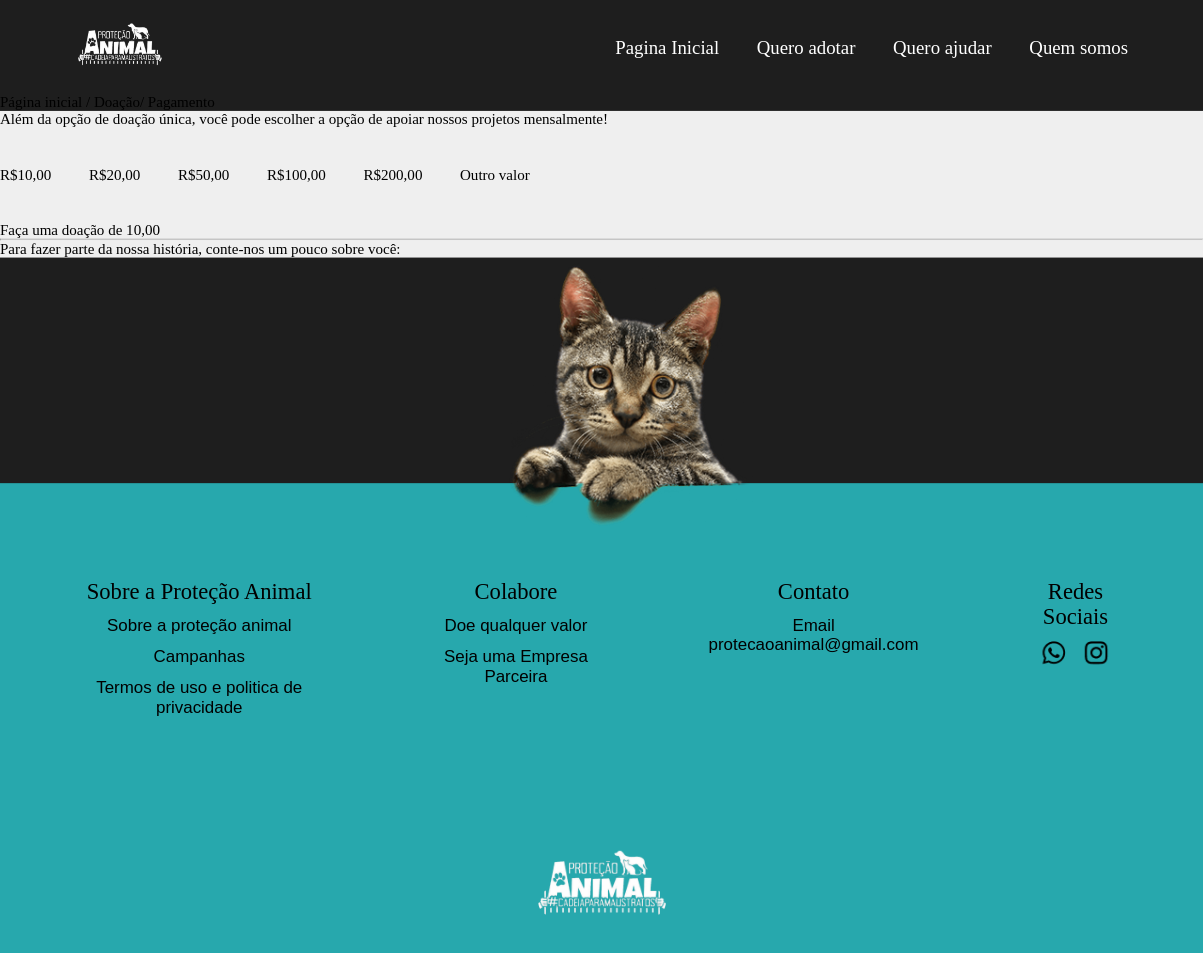
Repository: edjunior-nascimento/protecao-animal-web
Page: src/pages/formulario-doacao/index.html
The author's editor kept a copy of each file at every save. The page is drawn from the files as they stood at one save, then again after the next save.
The browser window is 1280 px wide. The pictures show the whole page, at 94% of full size.

Above is the page before, as saved 2025-02-22 03:20:56.

After the next save:
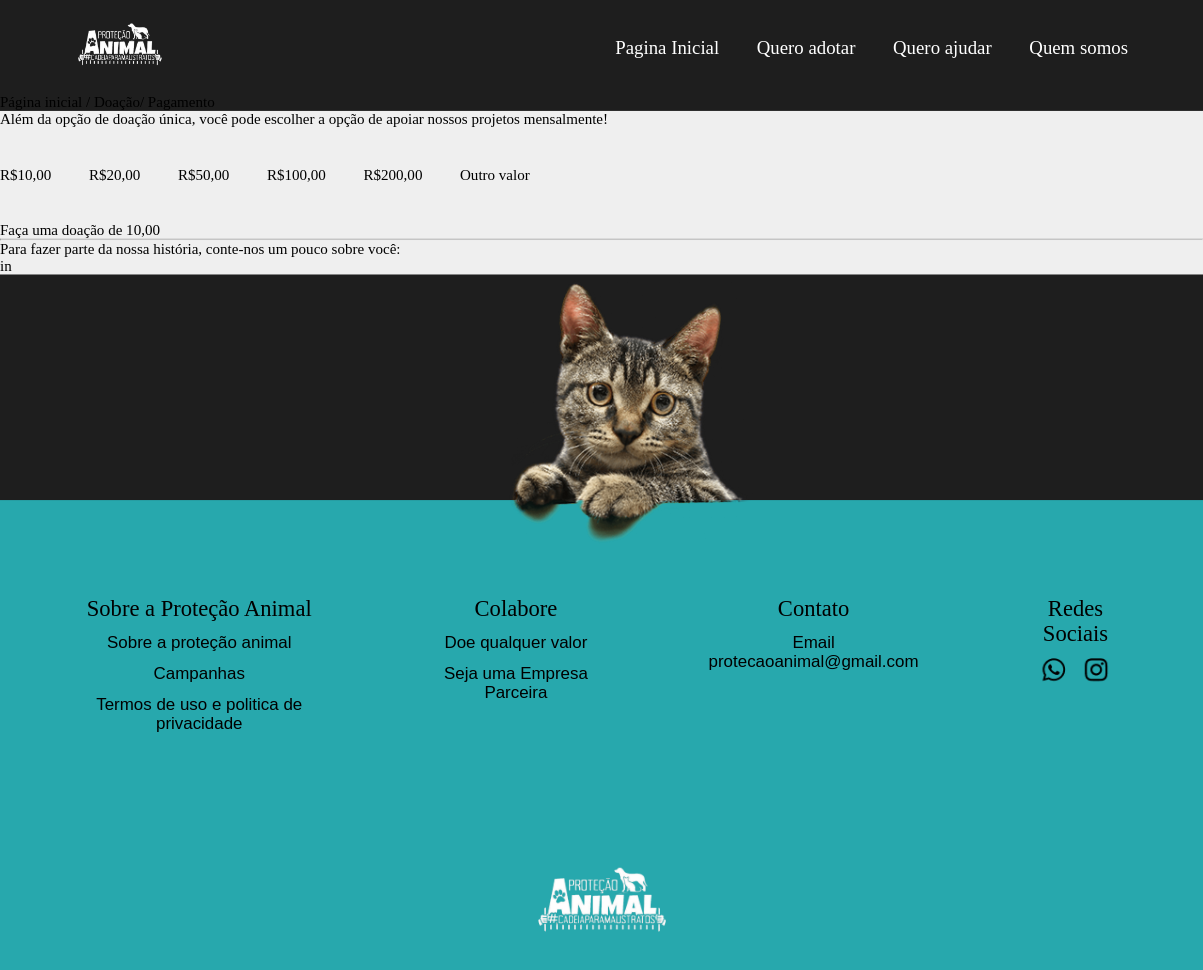
Saved 32 s later.
--- a/src/pages/formulario-doacao/index.html
+++ b/src/pages/formulario-doacao/index.html
@@ -73,7 +73,9 @@
                     <p>Para fazer parte da nossa história, conte-nos um pouco sobre você:</p>
                 </div>
                 <div class="dados">
-                    <form action="/send" method="post" target="_blank" ></form>
+                    <form action="/send" method="post" target="_blank" >
+                        in
+                    </form>
                 </div>
             </div>
     </div>

After the 3 saves that followed:
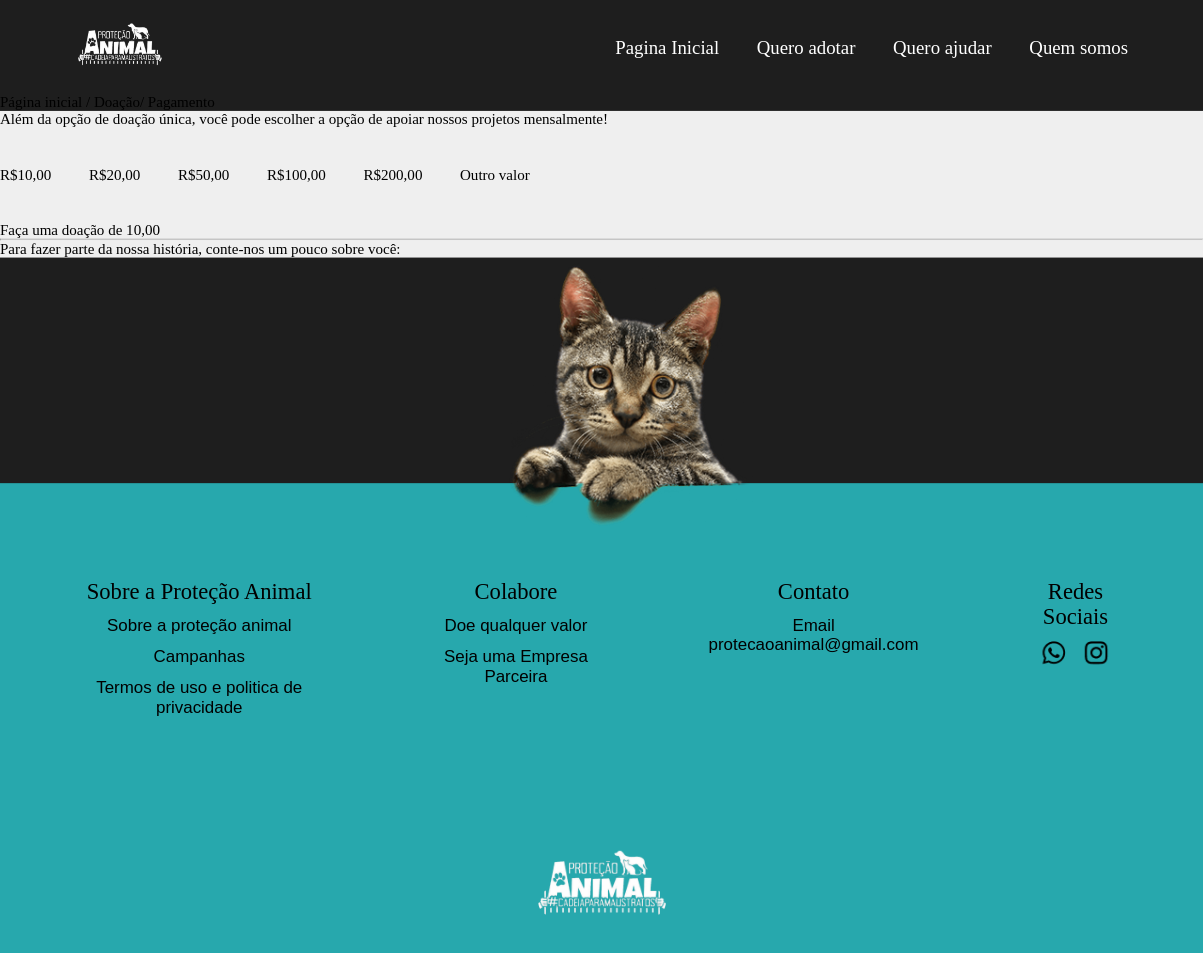
The 3 saves are shown as one change because they came seconds apart.
The last was saved 12 s later.
--- a/src/pages/formulario-doacao/index.html
+++ b/src/pages/formulario-doacao/index.html
@@ -74,7 +74,8 @@
                 </div>
                 <div class="dados">
                     <form action="/send" method="post" target="_blank" >
-                        in
+                        <in</in>
+                        <in></in>
                     </form>
                 </div>
             </div>
